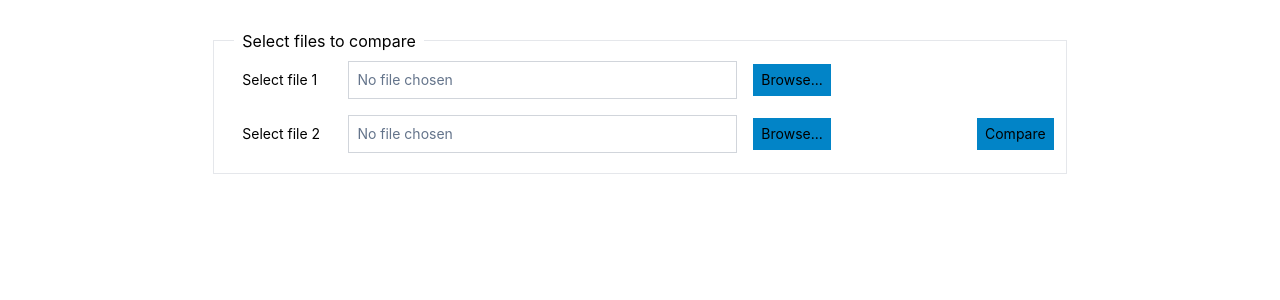
Repository: chionye/paymentology-front
Page: /
An editor plug-in stored every save of this project. The page is shown before and after a run of saves, followed by the edit.
The browser window is 1280 px wide. The pictures show the whole page.
The project was rebuilt for these pictures with package versions that can differ from the ones it lists, and the page was loaded fresh each time.

Above is the page before, as saved 2022-03-16 13:38:22.

### src/index.css
@tailwind base;
@tailwind components;
@tailwind utilities;

body {
  margin: 0;
  font-family: -apple-system, BlinkMacSystemFont, 'Segoe UI', 'Roboto', 'Oxygen',
    'Ubuntu', 'Cantarell', 'Fira Sans', 'Droid Sans', 'Helvetica Neue',
    sans-serif;
  -webkit-font-smoothing: antialiased;
  -moz-osx-font-smoothing: grayscale;
}

input[type=file] {
  -webkit-appearance: none;
  position: relative;
  -webkit-box-sizing: border-box;
   }
   input[type=file]::-webkit-file-upload-button {
  width: 0;
  padding: 0;
  margin: 0;
  -webkit-appearance: none;
  border: none;
   }
   /* "x::-webkit-file-upload-button" forces the rules to only apply to browsers that support this pseudo-element */

### src/App.js
import CompareFiles from "./components/CompareFiles";


function App() {
  return (
    <CompareFiles />
  );
}

export default App;

### src/components/CompareFiles.js
import Button from "./Button";
import InputFile from "./InputFile";
import Section from "./Section";

const CompareFiles = () => {
    return(
        <Section title={"Select files to compare"}>
            <InputFile file={"Select file 1"} />
            <div className="flex flex-row items-center justify-between">
                <InputFile file={"Select file 2"} />
                <Button label={"Compare"} />
            </div>
        </Section>
    )
}

export default CompareFiles;

### src/components/Button.js
const Button = (props) => {
    return <button className="ml-1 bg-sky-600 hover:bg-sky-700 py-1 h-8 px-2 text-sm ">{props.label}</button>
}

export default Button;

### src/components/InputFile.js
import Button from "./Button";
const InputFile = (props) => {
    return(
        <div className="flex flex-col md:flex-row w-full md:w-3/4 md:items-center text-sm my-2 px-4">
            <label className="w-28">{props.file}</label>
            <div className="flex flex-row items-center w-full">
                <input type="file"
                    className="block w-full md:mx-3 appearance-none border border-1 border-gray-300 p-2  text-slate-500
                    file:mr-4 file:py-2 file:px-4
                    file:rounded-full file:border-0
                    file:text-sm file:font-semibold
                    file:bg-violet-50 file:text-violet-700
                    hover:file:bg-violet-100 file:text-red-600
                    "/>

                <Button label={"Browse..."} />
            </div>

        </div>
    )
}

export default InputFile;

### src/components/Section.js
import Container from "./Container";
const Section = (props) => {
    return(
        <div className="relative md:w-4/6 h-auto p-3 border border-1 border-gray mx-auto my-10">
            <div className="absolute -top-3 left-5 bg-white px-2">{props.title}</div>
            {props.children}
        </div>
    )
}

export default Section;

### src/components/Container.js
const Container = (props) => {

    return <div className="p-5 mx-auto">{props.children}</div>
}
export default Container;

Loaded but not shown: public/index.html (common file); src/index.js (common file); src/reportWebVitals.js (common file); tailwind.config.js (common file)

After the next 4 saves:
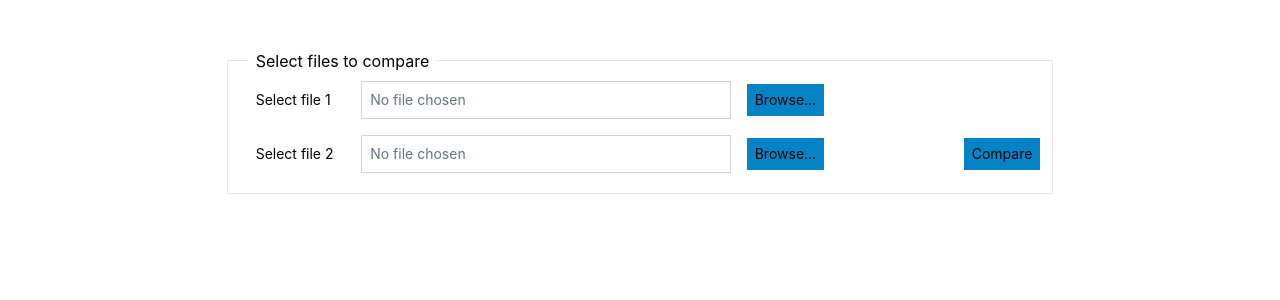
The 4 saves are shown as one change because 1 did not build or start and some came seconds apart.
The last was saved 13 s later.
--- a/src/components/Section.js
+++ b/src/components/Section.js
@@ -1,10 +1,13 @@
 import Container from "./Container";
 const Section = (props) => {
     return(
-        <div className="relative md:w-4/6 h-auto p-3 border border-1 border-gray mx-auto my-10">
+        <Container>
+            <div className="relative md:w-4/6 h-auto p-3 border border-1 border-gray mx-auto my-10">
             <div className="absolute -top-3 left-5 bg-white px-2">{props.title}</div>
             {props.children}
         </div>
+        </Container>
+
     )
 }
 

After the 2 saves that followed:
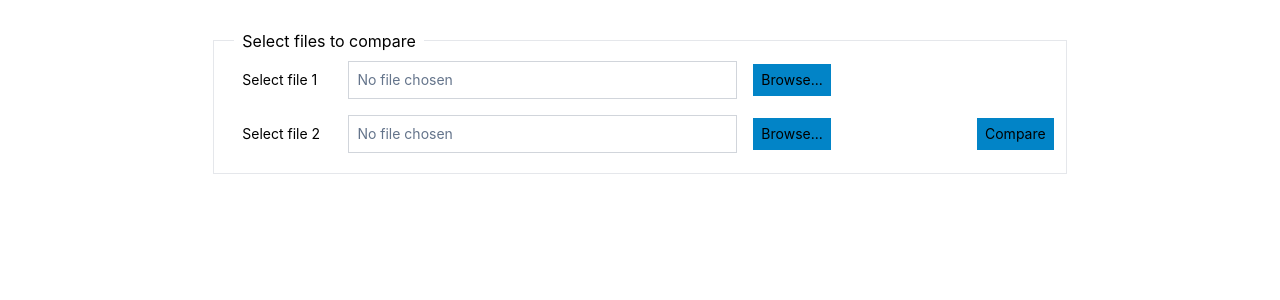
The 2 saves are shown as one change because they came seconds apart.
The last was saved 10 s later.
--- a/src/components/Section.js
+++ b/src/components/Section.js
@@ -1,13 +1,10 @@
 import Container from "./Container";
 const Section = (props) => {
     return(
-        <Container>
-            <div className="relative md:w-4/6 h-auto p-3 border border-1 border-gray mx-auto my-10">
+        <div className="relative md:w-4/6 h-auto p-3 border border-1 border-gray mx-auto my-10">
             <div className="absolute -top-3 left-5 bg-white px-2">{props.title}</div>
             {props.children}
         </div>
-        </Container>
-
     )
 }
 
